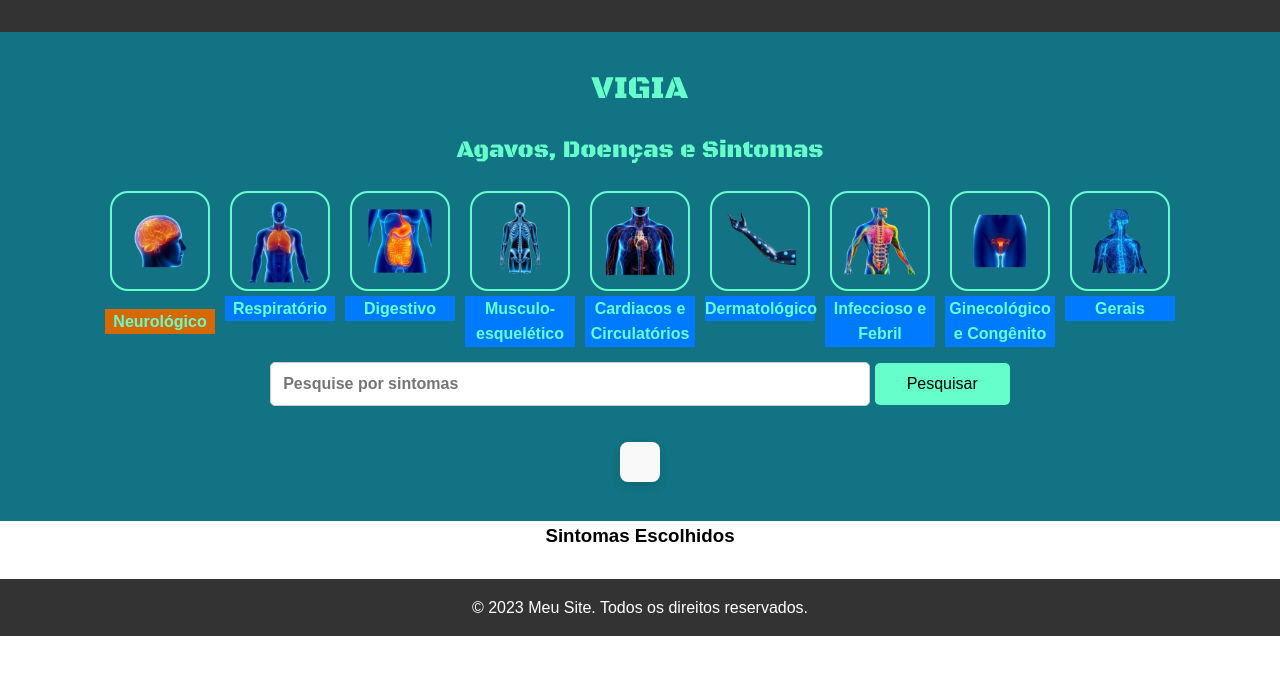
Repository: br-on/vigia
Page: index.html
An editor plug-in stored every save of this project. The page is shown before and after the next save, followed by the edit.
The browser window is 1280 px wide. The pictures show the whole page.
The pointer rests on the first visible `.grupo`.
Some web fonts or font styles are not loaded; a fallback is used.

Above is the page before, as saved 2024-09-15 17:15:34.

After the next save:
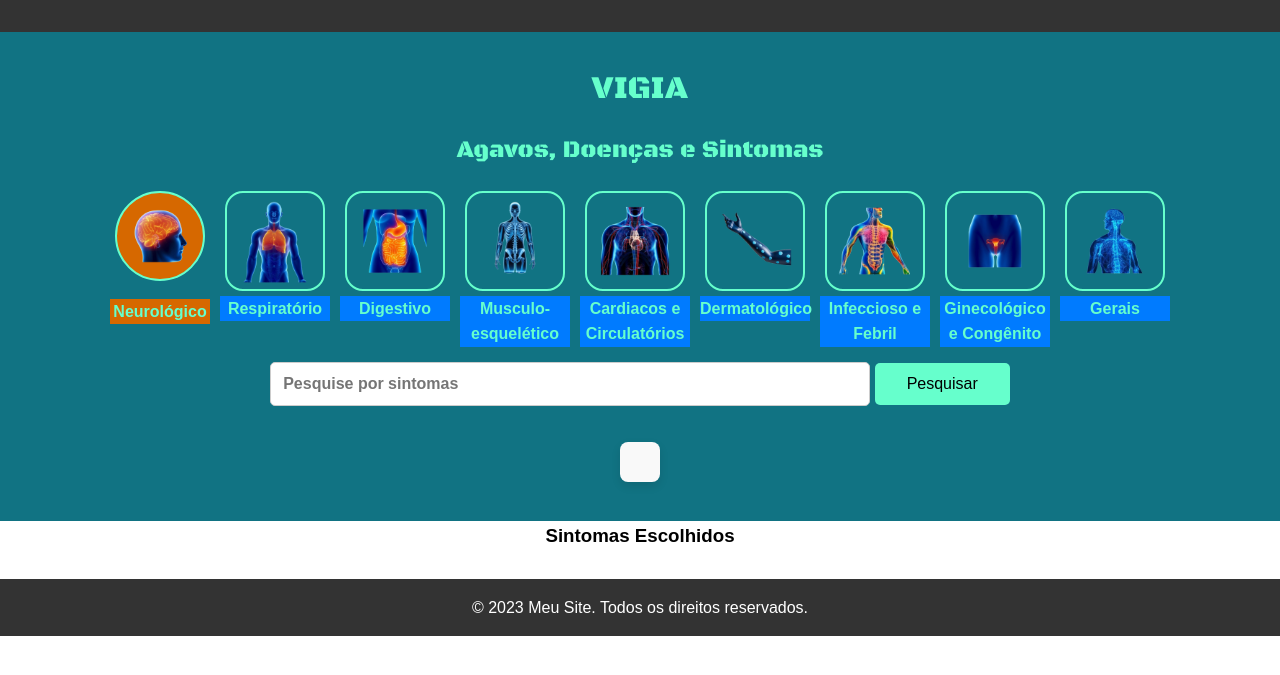
Saved 66 s later.
--- a/assets/style/style.css
+++ b/assets/style/style.css
@@ -270,6 +270,14 @@ footer {
     cursor: pointer;
     .nome-grupo {
         margin-top: 18px;
+        background-color: hsl(29, 100%, 42%);
+    }
+    .grupo-sintoma {
+        height: 90px;
+        width: 90px;
+        transition: 0.5s;
+        cursor: pointer;
+        border-radius: 50%;
         background-color: hsl(29, 100%, 42%);
     }
   }
